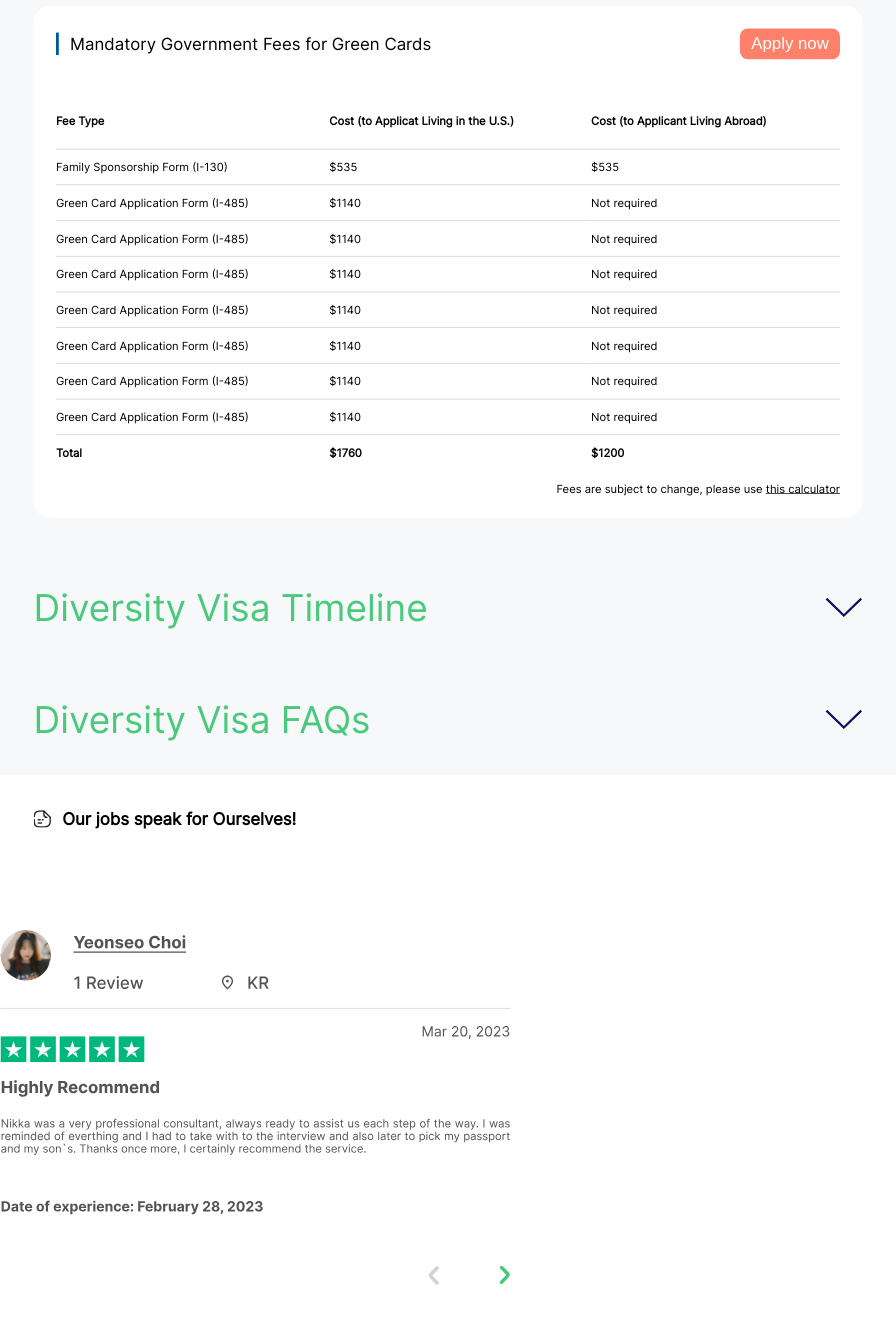
Repository: switch247/small_ui
Page: /
These files come from the project's save history. The page is drawn as it stood at one moment and after the next save; the edit follows.
The browser window is 1280 px wide. The pictures show the part of the page from y = 1232 to 3152 px (the page is 3152 px tall before and 3056 px after), at 70% of full size.
The project was rebuilt for these pictures with package versions that can differ from the ones it lists, and the page was loaded fresh each time.

Above is the page before, as saved 2023-10-12 17:50:11.

After the next save:
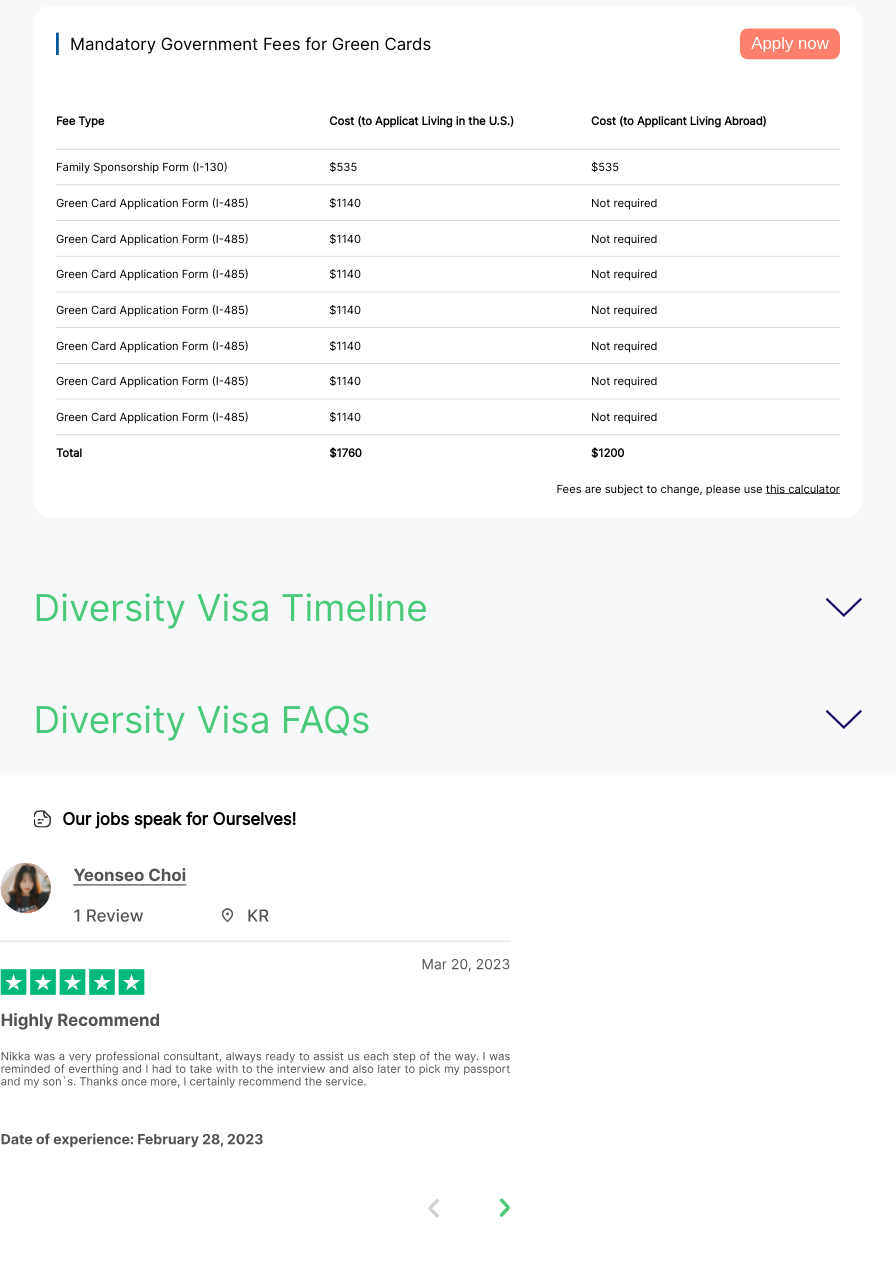
Saved 26 s later.
--- a/src/components/Testmonials.tsx
+++ b/src/components/Testmonials.tsx
@@ -8,11 +8,12 @@
         <img src="/images/🦆 icon _document text_.svg" alt="" />
         <div className="testmonial__title">Our jobs speak for Ourselves!</div>
       </div>
-      <div className="testmonial__main__containre"></div>
-      <div className="testmonial_left">
-        <img src="/images/Trustpilot1.svg" alt="" />
+      <div className="testmonial__main__container">
+        <div className="testmonial_left">
+          <img src="/images/Trustpilot1.svg" alt="" />
+        </div>
+        <div className="testmonial_right"></div>
       </div>
-      <div className="testmonial_right"></div>
     </div>
   );
 };
